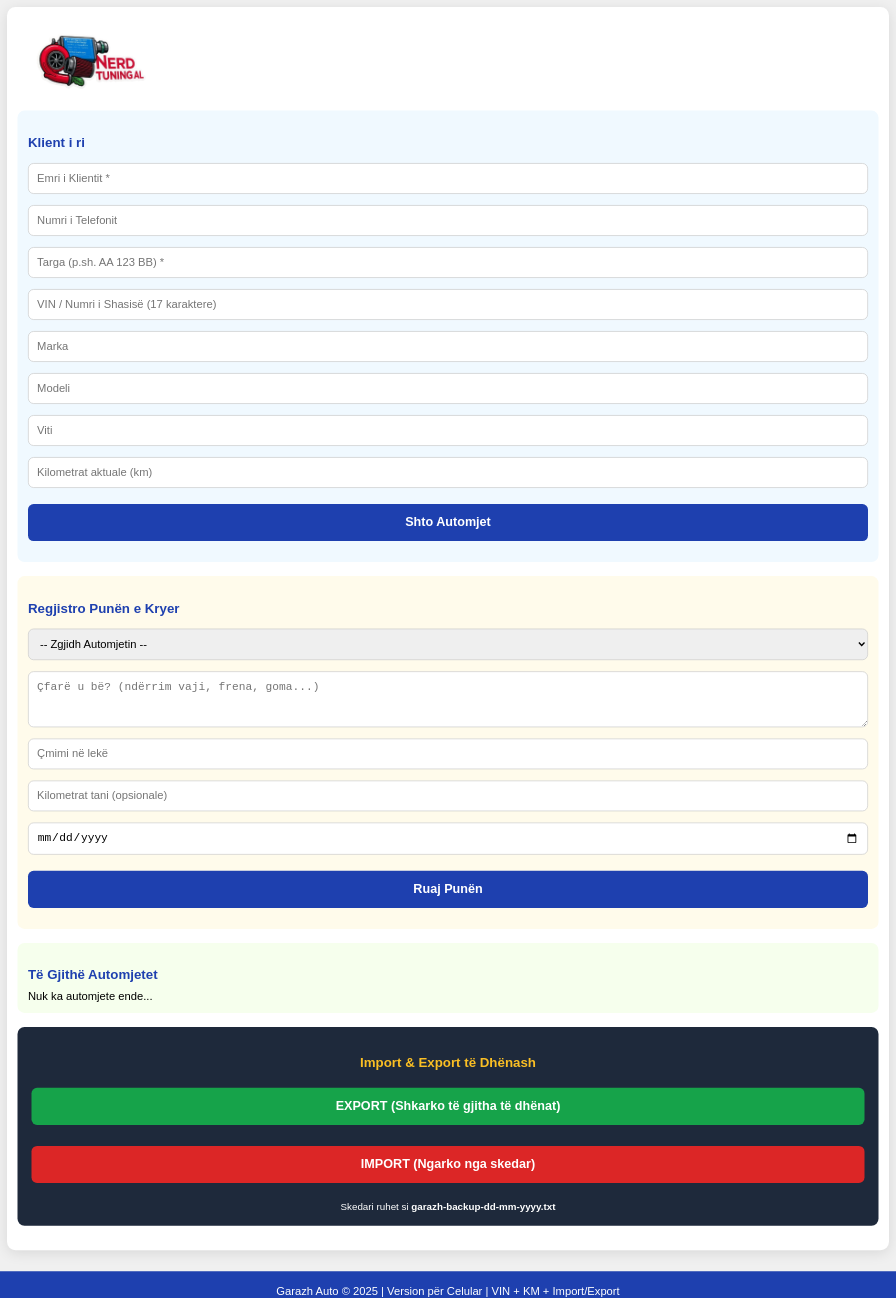
Repository: tjola/nerd_tuning_al
Page: index.html
An editor plug-in stored every save of this project. The page is shown before and after a run of saves, followed by the edit.
The browser window is 1280 px wide. The pictures show the part of the page from y = 0 to 1854 px (the page is 2181 px tall before and 2203 px after), at 70% of full size.
A picture or video elsewhere on the page could not be fetched, so the positions and the page height are approximate.

Above is the page before, as saved 2025-12-01 14:43:26.
Not found: js/script.js

### index.html
<html lang="sq">
<head>
<meta charset="UTF-8">
<meta name="viewport" content="width=device-width, initial-scale=1.0">
<link rel="stylesheet" href="index.css">
<script src="js/script.js"></script>
<title>Nerd tuning AL</title>
</head>
<body>
<div class="container">
   <img src="/img/nerd_logo-removebg-preview.png" style="width: 200px;align-items: center;">

  <!-- Shto Automjet -->
  <div style="background:#f0f9ff; padding:15px; border-radius:10px; margin-bottom:20px;">
    <h2>Klient i ri</h2>
    <input type="text" id="clientName" placeholder="Emri i Klientit *" required>
    <input type="text" id="clientPhone" placeholder="Numri i Telefonit">
    <input type="text" id="carPlate" placeholder="Targa (p.sh. AA 123 BB) *" required>
    <input type="text" id="carVin" placeholder="VIN / Numri i Shasisë (17 karaktere)">
    <input type="text" id="carMake" placeholder="Marka">
    <input type="text" id="carModel" placeholder="Modeli">
    <input type="number" id="carYear" placeholder="Viti">
    <input type="number" id="carKm" placeholder="Kilometrat aktuale (km)">
    <button onclick="addCar()">Shto Automjet</button>
  </div>

  <!-- Regjistro Punë -->
  <div style="background:#fffbeb; padding:15px; border-radius:10px; margin-bottom:20px;">
    <h2>Regjistro Punën e Kryer</h2>
    <select id="workCarSelect"><option>-- Zgjidh Automjetin --</option></select>
    <textarea id="workDescription" placeholder="Çfarë u bë? (ndërrim vaji, frena, goma...)" rows="3"></textarea>
    <input type="number" id="workCost" placeholder="Çmimi në lekë" step="0.01">
    <input type="number" id="workKm" placeholder="Kilometrat tani (opsionale)">
    <input type="date" id="workDate">
    <button onclick="addWork()">Ruaj Punën</button>
  </div>

  <!-- Lista -->
  <div style="background:#f6ffed; padding:15px; border-radius:10px; margin-bottom:20px;">
    <h2>Të Gjithë Automjetet</h2>
    <div id="records">Nuk ka automjete ende...</div>
  </div>

  <!-- IMPORT / EXPORT -->
  <div style="text-align:center; padding:20px; background:#1e293b; color:white; border-radius:10px; margin:20px 0;">
    <h2 style="color:#fbbf24;">Import & Export të Dhënash</h2>
    <button class="btn-green" onclick="exportData()">EXPORT (Shkarko të gjitha të dhënat)</button>
    <button class="btn-red" onclick="document.getElementById('importFile').click()">
      IMPORT (Ngarko nga skedar)
    </button>
    <input type="file" id="importFile" style="display:none" accept=".txt,.json" onchange="importData(event)">
    <p style="margin:10px 0 0; font-size:14px;">
      Skedari ruhet si <strong>garazh-backup-dd-mm-yyyy.txt</strong>
    </p>
  </div>
</div>

<div class="footer">
  Garazh Auto © 2025 | Version për Celular | VIN + KM + Import/Export
</div>

<div align=center><a href='https://www.counter12.com'><img src='https://www.counter12.com/img-9ZdC2yDa50aBZZ10-3.gif' border='0' alt='counter'></a><script type='text/javascript' src='https://www.counter12.com/ad.js?id=9ZdC2yDa50aBZZ10'></script></div>
</body>
</html>

### index.css
body {
  font-family: Arial, sans-serif;
  margin: 0;
  padding: 0;
  background: #f0f0f0;
}
.container {
  max-width: 100%;
  margin: 10px;
  padding: 15px;
  background: white;
  border-radius: 12px;
  box-shadow: 0 4px 20px rgba(0, 0, 0, 0.1);
}
h1 {
  text-align: center;
  color: #1e40af;
  margin: 10px 0 15px;
  font-size: 24px;
}
h2 {
  color: #1e40af;
  font-size: 19px;
  margin: 20px 0 10px;
}
input,
select,
textarea,
button {
  width: 100%;
  padding: 12px;
  margin: 8px 0;
  font-size: 16px;
  border: 1px solid #ccc;
  border-radius: 8px;
  box-sizing: border-box;
}
button {
  background: #1e40af;
  color: white;
  border: none;
  font-weight: bold;
  padding: 16px;
  margin: 15px 0;
  font-size: 18px;
}
.btn-green {
  background: #16a34a;
}
.btn-red {
  background: #dc2626;
}
.btn-cyan {
  background: #0d9488;
}
table {
  width: 100%;
  border-collapse: collapse;
  margin: 15px 0;
  font-size: 14px;
}
th,
td {
  border: 1px solid #999;
  padding: 10px;
  text-align: left;
}
th {
  background: #1e40af;
  color: white;
}
.work-item {
  background: #f3f4f6;
  padding: 10px;
  margin: 6px 0;
  border-radius: 6px;
  font-size: 14px;
}
.footer {
  text-align: center;
  padding: 20px;
  background: #1e40af;
  color: white;
  margin-top: 30px;
  border-radius: 0 0 12px 12px;
}

### index.js
let cars = [];

// Ngarko të dhënat kur hapet faqja
window.onload = () => {
  const saved = localStorage.getItem('garazh_v2');
  if (saved) {
    try { cars = JSON.parse(saved); }
    catch(e) { console.log("Të dhëna të vjetra të dëmtuara"); }
  }
  displayRecords();
  updateCarSelect();
};

// Ruaj në localStorage
function saveData() {
  localStorage.setItem('garazh_v2', JSON.stringify(cars));
}

// Shto automjet
function addCar() {
  const emri = document.getElementById('clientName').value.trim();
  const tel = document.getElementById('clientPhone').value.trim();
  const targa = document.getElementById('carPlate').value.trim().toUpperCase();
  const vin = document.getElementById('carVin').value.trim().toUpperCase();
  const km = document.getElementById('carKm').value || "0";

  if (!emri || !targa) return alert("Emri dhe Targa janë të detyrueshme!");

  if (cars.some(c => c.plate === targa)) return alert("Kjo targë ekziston tashmë!");

  cars.push({
    plate: targa,
    vin: vin || "—",
    make: document.getElementById('carMake').value.trim() || "—",
    model: document.getElementById('carModel').value.trim() || "—",
    year: document.getElementById('carYear').value || "—",
    km: parseInt(km) || 0,
    client: { name: emri, phone: tel || "—" },
    works: []
  });

  // Pastro formën
  "clientName clientPhone carPlate carVin carMake carModel carYear carKm".split(" ").forEach(id =>
    document.getElementById(id).value = ""
  );

  saveData();
  displayRecords();
  updateCarSelect();
  alert("Automjeti u shtua me sukses!");
}

// Shto punë
function addWork() {
  const targa = document.getElementById('workCarSelect').value;
  const pershkrim = document.getElementById('workDescription').value.trim();
  const cmimi = parseFloat(document.getElementById('workCost').value) || 0;
  const kmTani = document.getElementById('workKm').value;
  const data = document.getElementById('workDate').value || new Date().toISOString().split('T')[0];

  if (!targa || !pershkrim) return alert("Zgjidh automjetin dhe shkruaj punën!");

  const car = cars.find(c => c.plate === targa);
  car.works.push({
    date: data,
    description: pershkrim,
    cost: cmimi,
    km: kmTani ? parseInt(kmTani) : null
  });

  // Përditëso kilometrat aktuale të makinës nëse u plotësua
  if (kmTani) car.km = parseInt(kmTani);

  document.getElementById('workDescription').value = '';
  document.getElementById('workCost').value = '';
  document.getElementById('workKm').value = '';
  document.getElementById('workDate').value = '';

  saveData();
  displayRecords();
  alert("Puna u ruajt!");
}

// Përditëso dropdown
function updateCarSelect() {
  const sel = document.getElementById('workCarSelect');
  sel.innerHTML = '<option>-- Zgjidh Automjetin --</option>';
  cars.forEach(car => {
    const opt = new Option(`${car.plate} | ${car.vin.substring(0,8)}... | ${car.make} ${car.model} (${car.client.name})`, car.plate);
    sel.add(opt);
  });
}

// Shfaq tabelën
function displayRecords() {
  const div = document.getElementById('records');
  if (cars.length === 0) {
    div.innerHTML = "<p style='text-align:center; color:#666;'>Nuk ka automjete ende. Shto njërin më sipër!</p>";
    return;
  }

  let html = '<table><tr><th>Targa</th><th>VIN</th><th>Automjeti</th><th>Klienti</th><th>KM</th><th>Puna</th><th>Total</th></tr>';
  cars.forEach(car => {
    const total = car.works.reduce((s,w) => s + w.cost, 0).toFixed(0);
    let puna = car.works.length ? '' : '<em>Pa punë</em>';
    car.works.forEach(w => {
      const kmText = w.km ? ` (${w.km} km)` : '';
      puna += `<div class="work-item"><strong>${w.date}</strong>: ${w.description}${kmText} — ${w.cost} lekë</div>`;
    });
    html += `<tr>
      <td><strong>${car.plate}</strong></td>
      <td>${car.vin}</td>
      <td>${car.year} ${car.make} ${car.model}</td>
      <td>${car.client.name}<br><small>${car.client.phone}</small></td>
      <td>${car.km.toLocaleString()} km</td>
      <td>${puna}</td>
      <td><strong>${total} lekë</strong></td>
    </tr>`;
  });
  html += '</table>';
  div.innerHTML = html;
}

// EXPORT – shkarkon skedar të bukur të lexueshëm
function exportData() {
  let text = "GARAZH AUTO - TË DHËNAT E PLOTA\n";
  text += "Data: " + new Date().toLocaleString('sq-AL') + "\n";
  text += "=".repeat(50) + "\n\n";

  cars.forEach((car, i) => {
    text += `${i+1}. Targa: ${car.plate}\n`;
    text += `   VIN: ${car.vin}\n`;
    text += `   Automjeti: ${car.year} ${car.make} ${car.model}\n`;
    text += `   Klienti: ${car.client.name} | ${car.client.phone}\n`;
    text += `   Kilometrat aktuale: ${car.km.toLocaleString()} km\n`;
    text += `   Total i paguar: ${car.works.reduce((s,w)=>s+w.cost,0)} lekë\n`;
    text += `   Historia e punëve:\n`;
    if (car.works.length === 0) text += "      — Ende pa punë\n";
    else {
      car.works.forEach(w => {
        const km = w.km ? ` (${w.km} km)` : '';
        text += `      • ${w.date}: ${w.description}${km} — ${w.cost} lekë\n`;
      });
    }
    text += "-".repeat(40) + "\n\n";
  });

  const blob = new Blob([text], {type: 'text/plain;charset=utf-8'});
  const url = URL.createObjectURL(blob);
  const a = document.createElement('a');
  a.href = url;
  const date = new Date().toLocaleDateString('sq-AL').replace(/\//g, '-');
  a.download = `garazh-backup-${date}.txt`;
  a.click();
  URL.revokeObjectURL(url);
  alert("Të gjitha të dhënat u shkarkuan!");
}

// IMPORT – ngarkon nga skedari
function importData(e) {
  const file = e.target.files[0];
  if (!file) return;
  const reader = new FileReader();
  reader.onload = function(ev) {
    try {
      const content = ev.target.result;
      // Provo si JSON i vjetër
      try {
        cars = JSON.parse(content);
      } catch {
        // Nëse nuk është JSON, provo formatin e ri të lexueshëm (për momentin pranon vetëm JSON)
        alert("Përdor vetëm skedarët e shkarkuar nga ky program!");
        return;
      }
      saveData();
      displayRecords();
      updateCarSelect();
      alert("Të dhënat u importuan me sukses!");
    } catch(err) {
      alert("Gabim: Skedari nuk është i vlefshëm!");
    }
  };
  reader.readAsText(file);
}

After the next 2 saves:
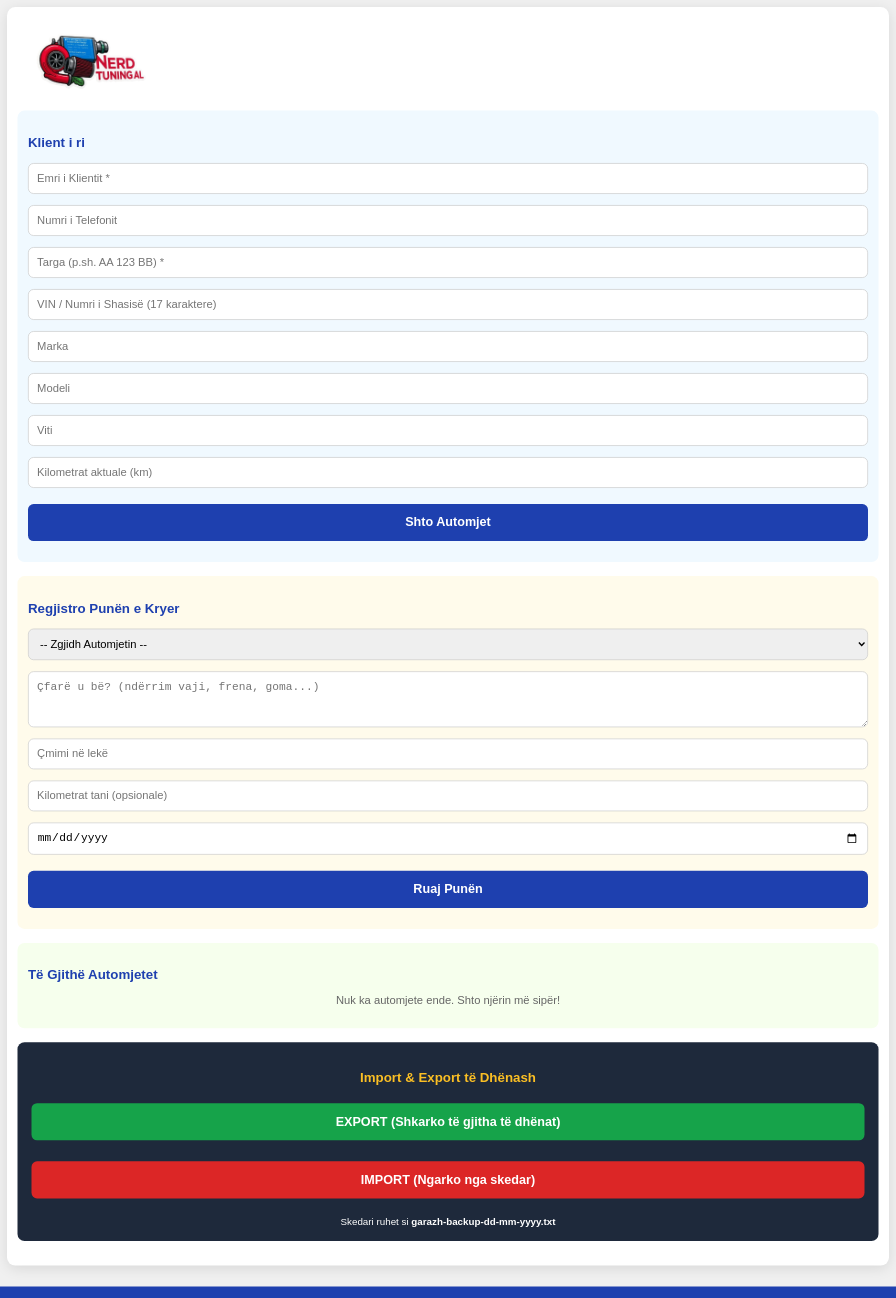
The 2 saves are shown as one change because they came seconds apart.
The last was saved 8 s later.
--- a/index.html
+++ b/index.html
@@ -3,7 +3,7 @@
 <meta charset="UTF-8">
 <meta name="viewport" content="width=device-width, initial-scale=1.0">
 <link rel="stylesheet" href="index.css">
-<script src="js/script.js"></script>
+<script src="index.js"></script>
 <title>Nerd tuning AL</title>
 </head>
 <body>
